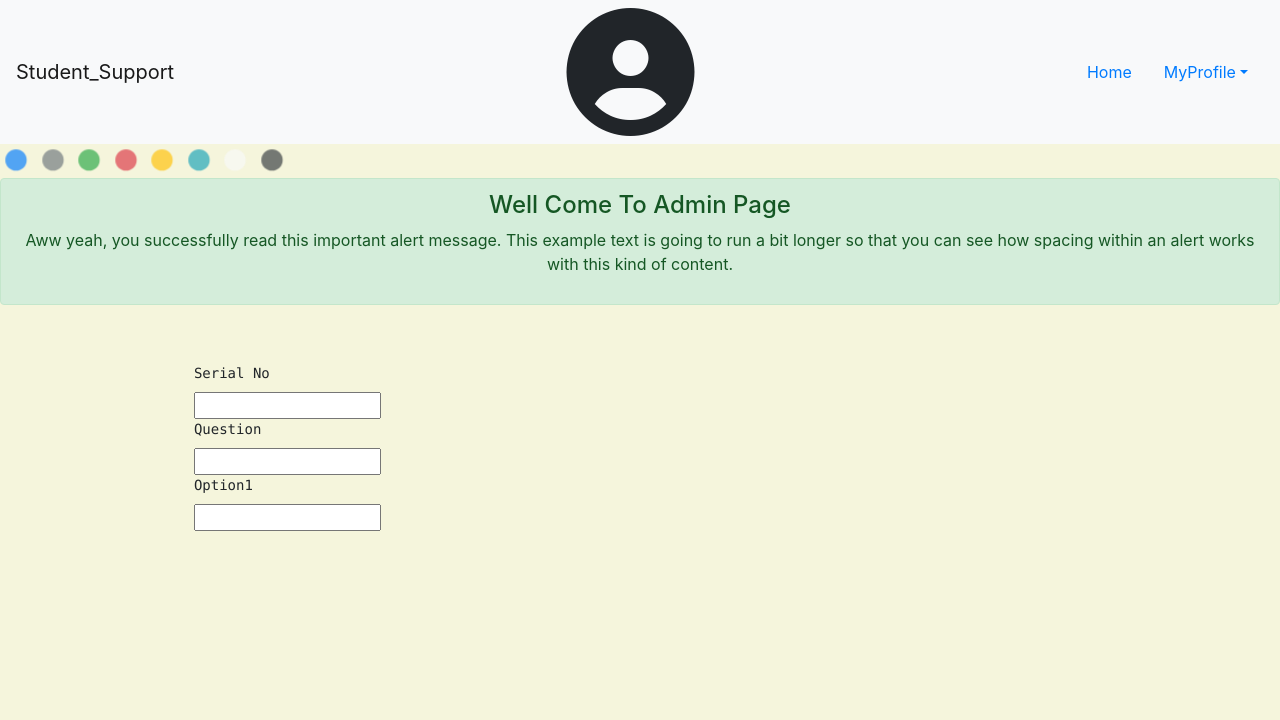
Repository: FeelHack/STUDENT-EXAMINATION-SYSTEM
Page: http://localhost/Exam_System/Admin/Math.jsp
An editor plug-in stored every save of this project. The page is shown before and after the next save, followed by the edit.
The browser window is 1280 px wide. The pictures show the whole page.
Some web libraries are served in a nearby version. The page is served by Tomcat 9.

Above is the page before, as saved 2020-03-10 17:15:35.

After the next save:
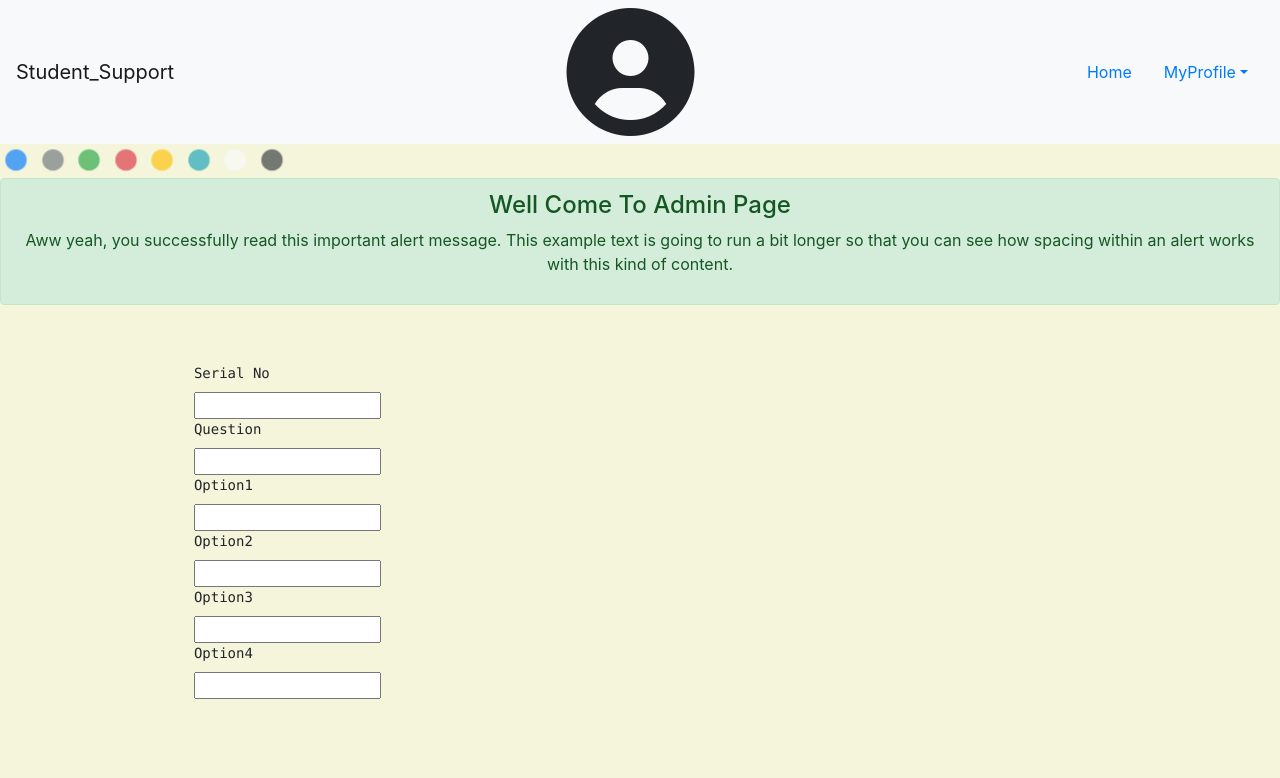
Saved 39 s later.
--- a/Exam System/WebContent/Admin/Math.jsp
+++ b/Exam System/WebContent/Admin/Math.jsp
@@ -83,8 +83,13 @@
                        <label>Question</label>
                        <input type="text">
                        <label>Option1</label>
+                       <input type="text" name="1">
+                       <label>Option2</label>
+                       <input type="text" name="2">
+                       <label>Option3</label>
                        <input type="text">
-
+                       <label>Option4</label>
+                       <input type="text">
                  </form>
            </pre>
 
